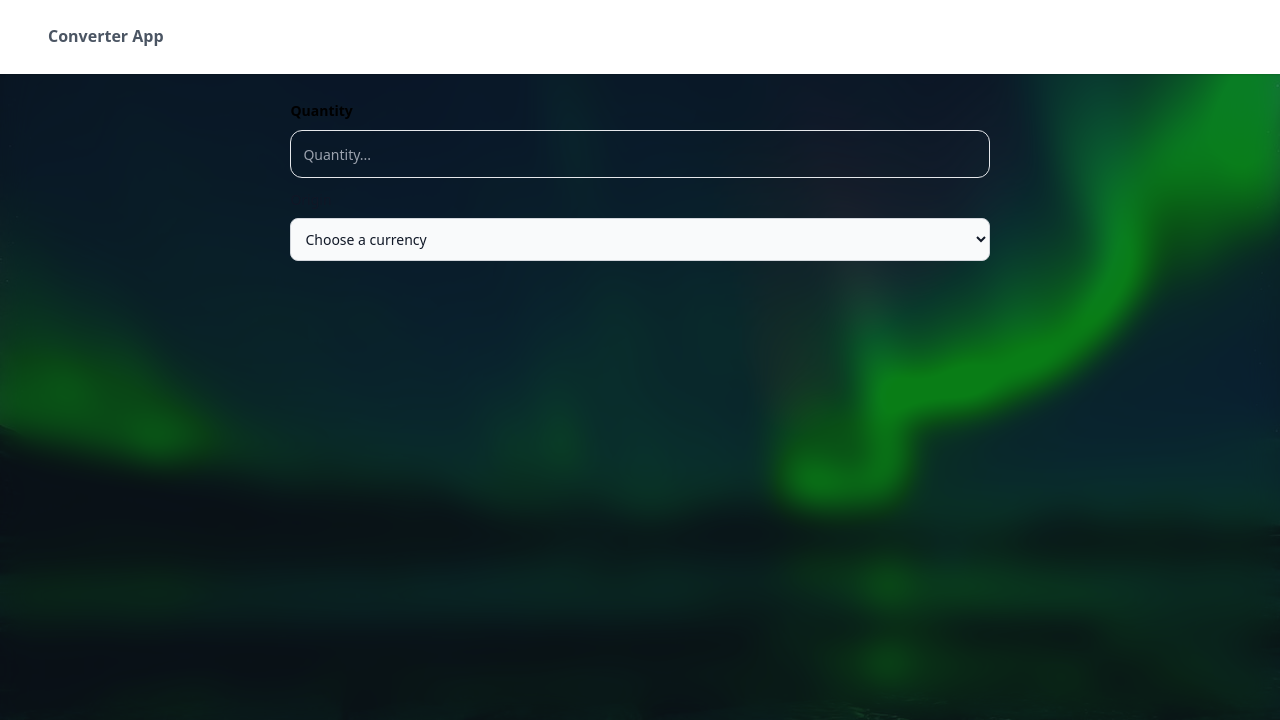
Repository: mikelCabezas/angular-exercices
Page: / (app in converter/)
The author's editor kept a copy of each file at every save. The page is drawn from the files as they stood at one save, then again after the next save.
The browser window is 1280 px wide. The pictures show the whole page.
The project was rebuilt for these pictures with package versions that can differ from the ones it lists, and the page was loaded fresh each time. Also part of the build but not shown: converter/angular.json.

Above is the page before, as saved 2023-09-15 18:14:06.

### converter/src/styles.css
@tailwind base;
@tailwind components;
@tailwind utilities;

body {
    background-image: url('./assets/boreal-sky.jpeg');
}

### converter/src/app/app.module.ts
import { NgModule } from '@angular/core';
import { BrowserModule } from '@angular/platform-browser';

import { AppComponent } from './app.component';
import { NavbarComponent } from './components/navbar/navbar.component';
import { ConverterComponent } from './components/converter/converter.component';

@NgModule({
  declarations: [
    AppComponent,
    NavbarComponent,
    ConverterComponent
  ],
  imports: [
    BrowserModule
  ],
  providers: [],
  bootstrap: [AppComponent]
})
export class AppModule { }

### converter/src/app/app.component.ts
import { Component } from '@angular/core';

@Component({
  selector: 'app-root',
  templateUrl: './app.component.html',
  styleUrls: ['./app.component.css']
})
export class AppComponent {
  title = 'converter';
}

### converter/src/app/components/converter/converter.component.ts
import { Component } from '@angular/core';

@Component({
  selector: 'app-converter',
  templateUrl: './converter.component.html',
  styleUrls: ['./converter.component.css']
})
export class ConverterComponent {

}

### converter/src/app/app.component.html
<div class="root min-w-screen min-h-screen bg-gray-900Z bg-[#11192890] backdrop-saturate-200 backdrop-blur-lg">
    <app-navbar/>
    <app-converter/>
</div>

### converter/src/app/components/navbar/navbar.component.html
<nav class="bg-white shadow dark:bg-gray-800">
    <div class="container flex items-center  p-6 mx-auto text-gray-600 capitalize dark:text-gray-300">
        <a href="#" class="border-b-2 border-transparent hover:text-gray-800 dark:hover:text-gray-200 hover:border-blue-500 mx-1.5 sm:mx-6 font-bold">
            Converter App
        </a>
    </div>
</nav>

### converter/src/app/components/converter/converter.component.html
<div class="container mx-auto p-6 flex justify-center">
    <div class="row w-3/5">
        <div class="col px-5">
            <div class="mb-3">
                <label for="email" class="text-sm text-navy-700 dark:text-white font-bold">Quantity</label>
                <input type="number" placeholder="Quantity..." class="mt-2 flex h-12 w-full items-center justify-center rounded-xl border bg-white/0 p-3 text-sm outline-none border-gray-200">
            </div>
        </div>
        <div class="col px-5">
            <label for="countries" class="block mb-2 text-sm font-medium text-gray-900 dark:text-gray-400">Origin</label>
            <select id="countries" class="bg-gray-50 border border-gray-300 text-gray-900 text-sm rounded-lg focus:ring-blue-500 focus:border-blue-500 block w-full p-2.5 dark:bg-gray-700 dark:border-gray-600 dark:placeholder-gray-400 dark:text-white dark:focus:ring-blue-500 dark:focus:border-blue-500">
                <option selected>Choose a currency</option>
                <option value="EUR">Euro</option>
                <option value="USD">US Dollar</option>
                <option value="CHF">Suiss francs</option>
            </select>
        </div>
        <div class="col"></div>
    </div>
</div>

Loaded but not shown: converter/src/index.html (common file); converter/src/main.ts (common file); converter/src/app/components/navbar/navbar.component.ts (common file); converter/tailwind.config.js (common file); converter/src/app/app.component.css (no stored copy; drawn as an empty file); converter/src/app/components/navbar/navbar.component.css (no stored copy; drawn as an empty file); converter/src/app/components/converter/converter.component.css (no stored copy; drawn as an empty file)

After the next save:
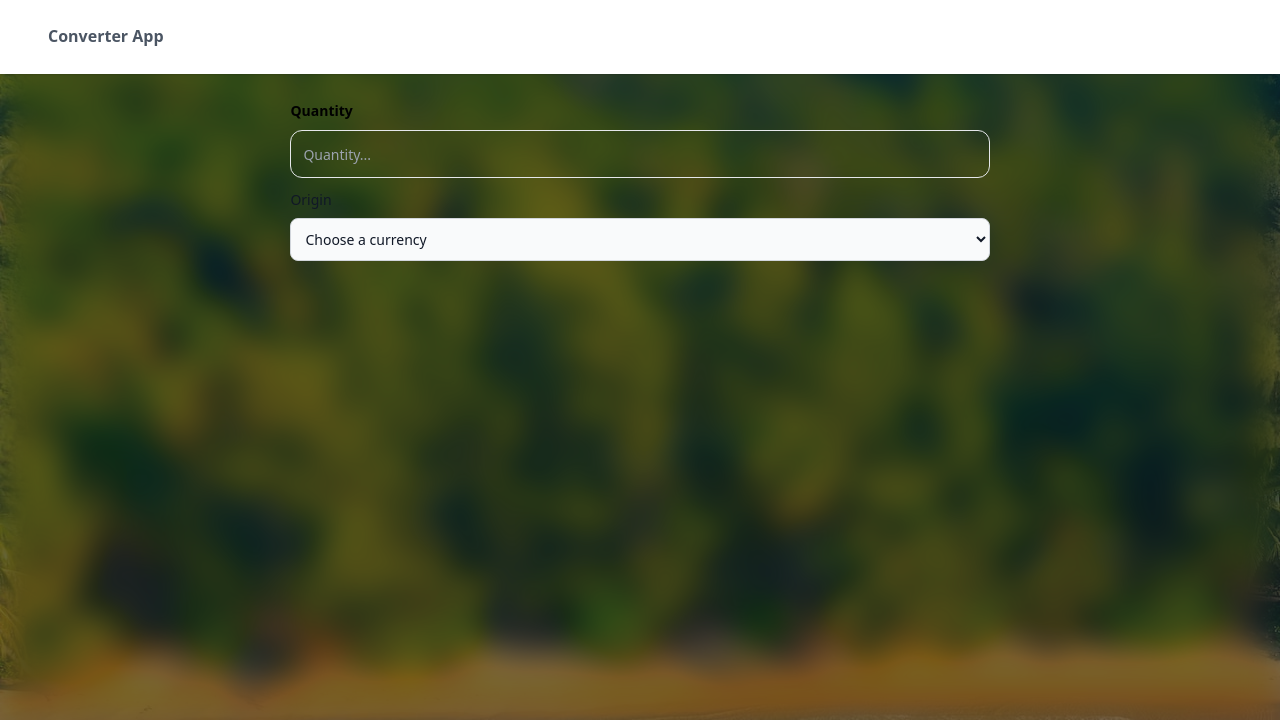
Saved 32 s later.
--- a/converter/src/styles.css
+++ b/converter/src/styles.css
@@ -3,5 +3,5 @@
 @tailwind utilities;
 
 body {
-    background-image: url('./assets/boreal-sky.jpeg');
+    background-image: url('./assets/sunset-beach.jpeg');
 }
